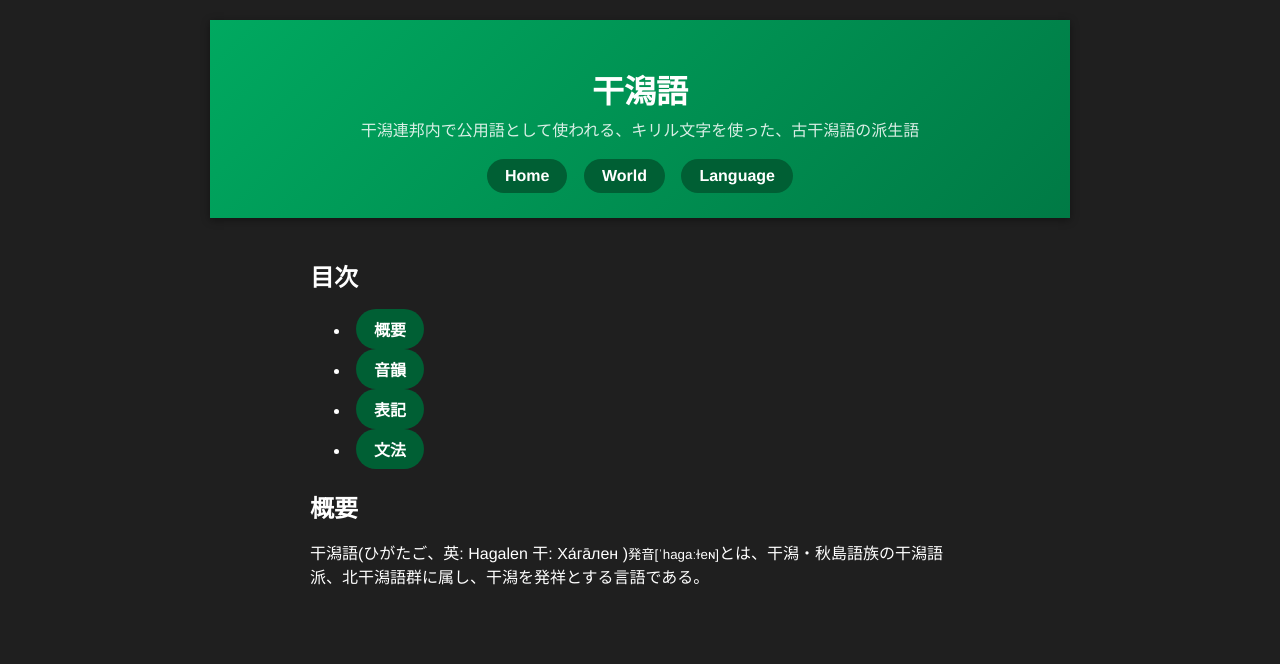
Repository: Player5270-antake/Player5270-antake.github.io
Page: language/hagalen/index.html
An editor plug-in stored every save of this project. The page is shown before and after the next save, followed by the edit.
The browser window is 1280 px wide. The pictures show the whole page.

Above is the page before, as saved 2026-03-08 12:49:15.

After the next save:
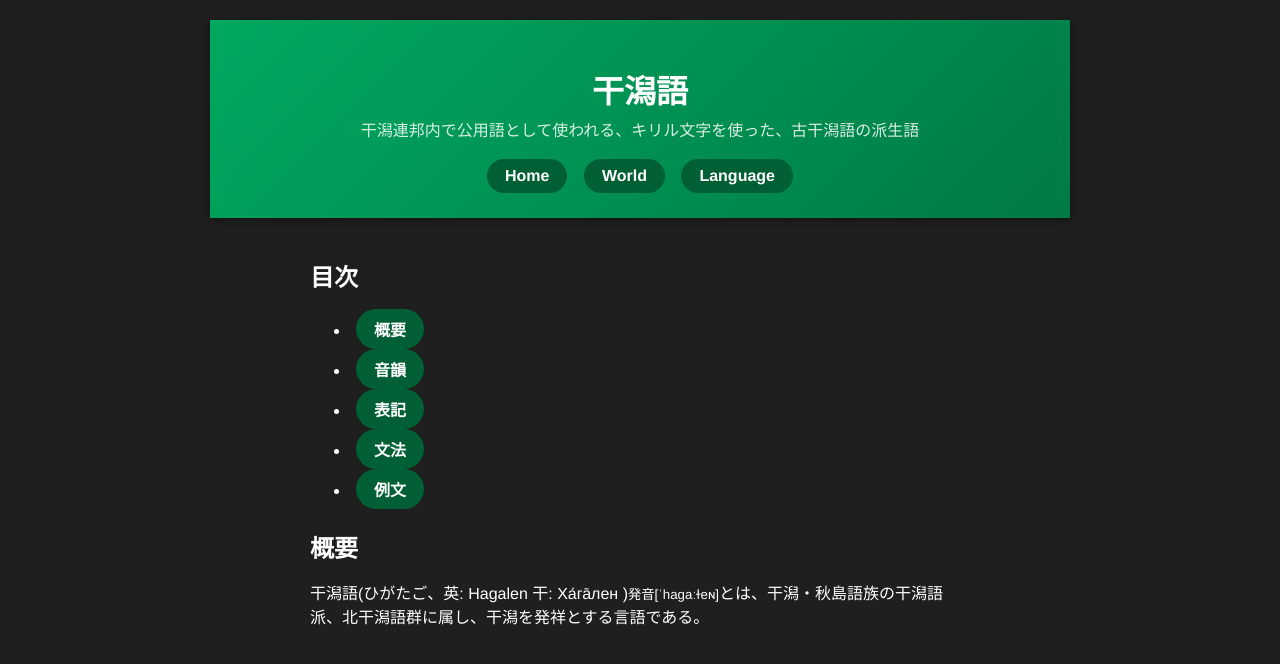
Saved 5 s later.
--- a/language/hagalen/index.html
+++ b/language/hagalen/index.html
@@ -25,7 +25,7 @@
                     <li><a href="#phonology">音韻</a></li>
                     <li><a href="#writing">表記</a></li>
                     <li><a href="#grammar">文法</a></li>
-
+                    <li><a href="#examples">例文</a></li>
                 </ul>
             </nav>
             <section class="overview">
